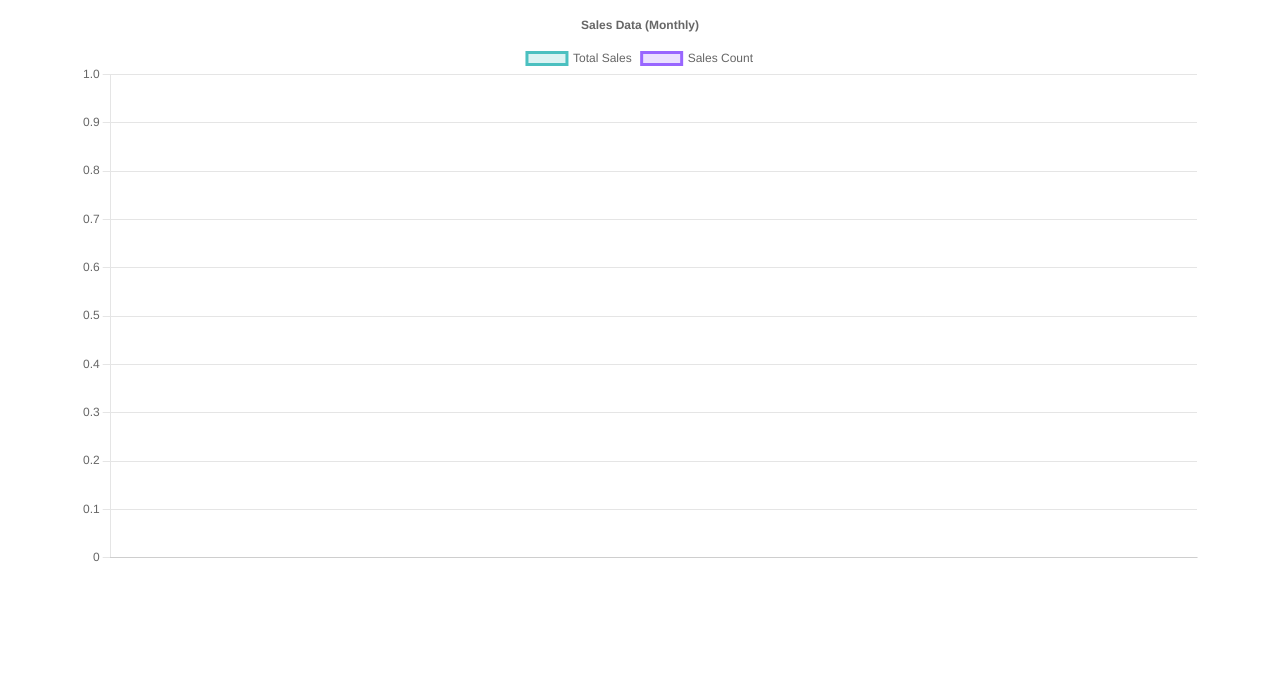
Repository: Qu4ntumGuy/visualize-it
Page: / (app in frontend/)
These files come from the project's save history. The page is drawn as it stood at one moment and after a run of saves; the edit follows.
The browser window is 1280 px wide. The pictures show the whole page.
The page's requests for data from a server got no answer. The project was rebuilt for these pictures with package versions that can differ from the ones it lists, and the page was loaded fresh each time. No one was signed in, and anything a server would have sent is missing.

Above is the page before, as saved 2024-08-19 13:49:47.

### frontend/src/App.js
import axios from "axios";
import TotalSales from "./Components/TotalSales";
import { useEffect, useState } from "react";

function App() {
  const [data, setData] = useState([]);
  const [dataType, setDataType] = useState("monthly");

  const fetchSalesData = async () => {
    try {
      const response = await axios.get(
        "http://localhost:8000/api/monthlyTotalSales"
      );
      // console.log(response.data.data);
      setData(response.data.data);
    } catch (error) {
      console.error(error);
    }
  };

  useEffect(() => {
    fetchSalesData();
  }, []);

  return (
    <div className="h-screen overflow-hidden">
      <div className="flex justify-center p-2 h-[80%] w-full">
        <TotalSales dataType={dataType} fetchedData={data} />
      </div>
    </div>
  );
}

export default App;

### frontend/src/Components/TotalSales.js
import React from "react";
import { Line } from "react-chartjs-2";
import {
  Chart as ChartJS,
  CategoryScale,
  LinearScale,
  PointElement,
  LineElement,
  Title,
  Tooltip,
  Legend,
} from "chart.js";

// Register the necessary components with Chart.js
ChartJS.register(
  CategoryScale,
  LinearScale,
  PointElement,
  LineElement,
  Title,
  Tooltip,
  Legend
);

const TotalSales = ({ dataType, fetchedData }) => {
  console.log(dataType, fetchedData);
  const salesData = fetchedData;
  const labels = salesData.map((item) =>
    dataType === "monthly"
      ? `${item._id.month}/${item._id.year}`
      : `${item._id.quarter}/${item._id.year}`
  );

  const data = {
    labels,
    datasets: [
      {
        label: "Total Sales",
        data: salesData.map((item) => item.totalSales),
        borderColor: "rgba(75, 192, 192, 1)",
        backgroundColor: "rgba(75, 192, 192, 0.2)",
        fill: true,
        tension: 0.3,
      },
      {
        label: "Sales Count",
        data: salesData.map((item) => item.count),
        borderColor: "rgba(153, 102, 255, 1)",
        backgroundColor: "rgba(153, 102, 255, 0.2)",
        fill: true,
        tension: 0.3,
      },
    ],
  };

  const options = {
    responsive: true,
    plugins: {
      legend: {
        position: "top",
      },
      title: {
        display: true,
        text: `Sales Data (${
          dataType.charAt(0).toUpperCase() + dataType.slice(1)
        })`,
      },
    },
    scales: {
      y: {
        beginAtZero: true,
      },
    },
  };

  return <Line data={data} options={options} />;
};

export default TotalSales;

Loaded but not shown: frontend/public/index.html (common file); frontend/src/index.js (common file); frontend/src/index.css (common file); frontend/src/reportWebVitals.js (common file); frontend/tailwind.config.js (common file)

After the next 2 saves:
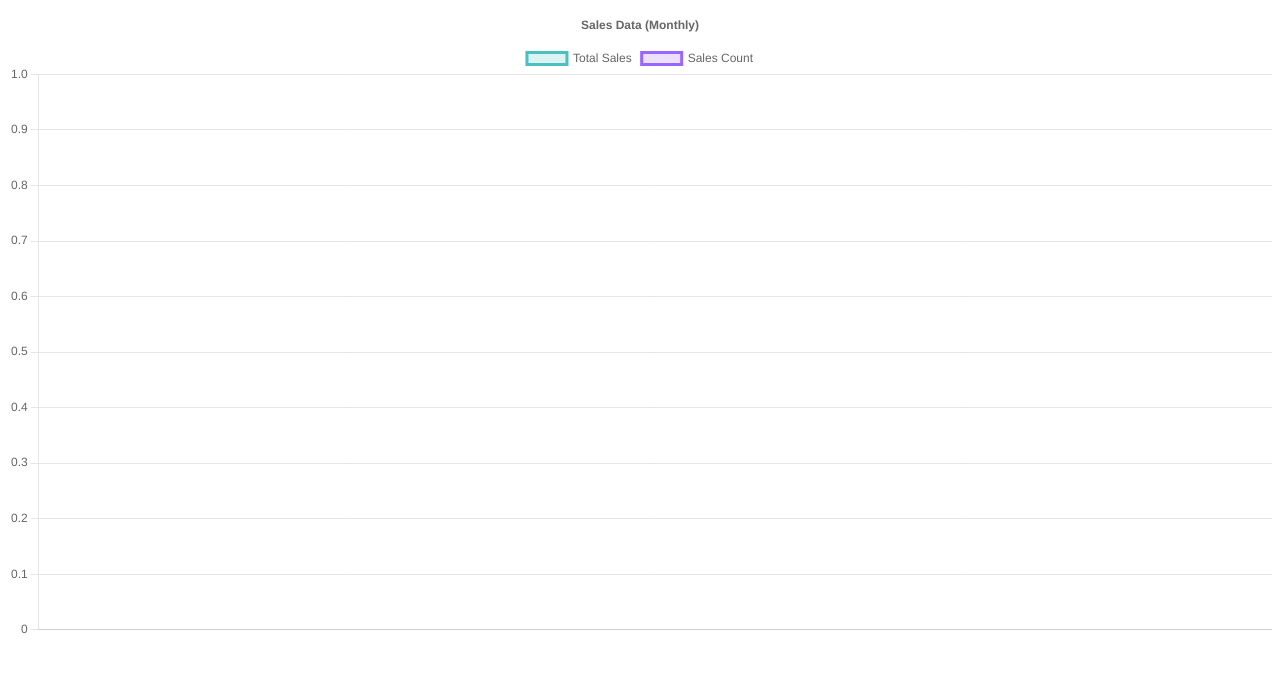
The 2 saves are shown as one change because they came seconds apart.
The last was saved 9 s later.
--- a/frontend/src/App.js
+++ b/frontend/src/App.js
@@ -24,7 +24,7 @@ function App() {
 
   return (
     <div className="h-screen overflow-hidden">
-      <div className="flex justify-center p-2 h-[80%] w-full">
+      <div className="flex justify-center p-2 w-full">
         <TotalSales dataType={dataType} fetchedData={data} />
       </div>
     </div>
